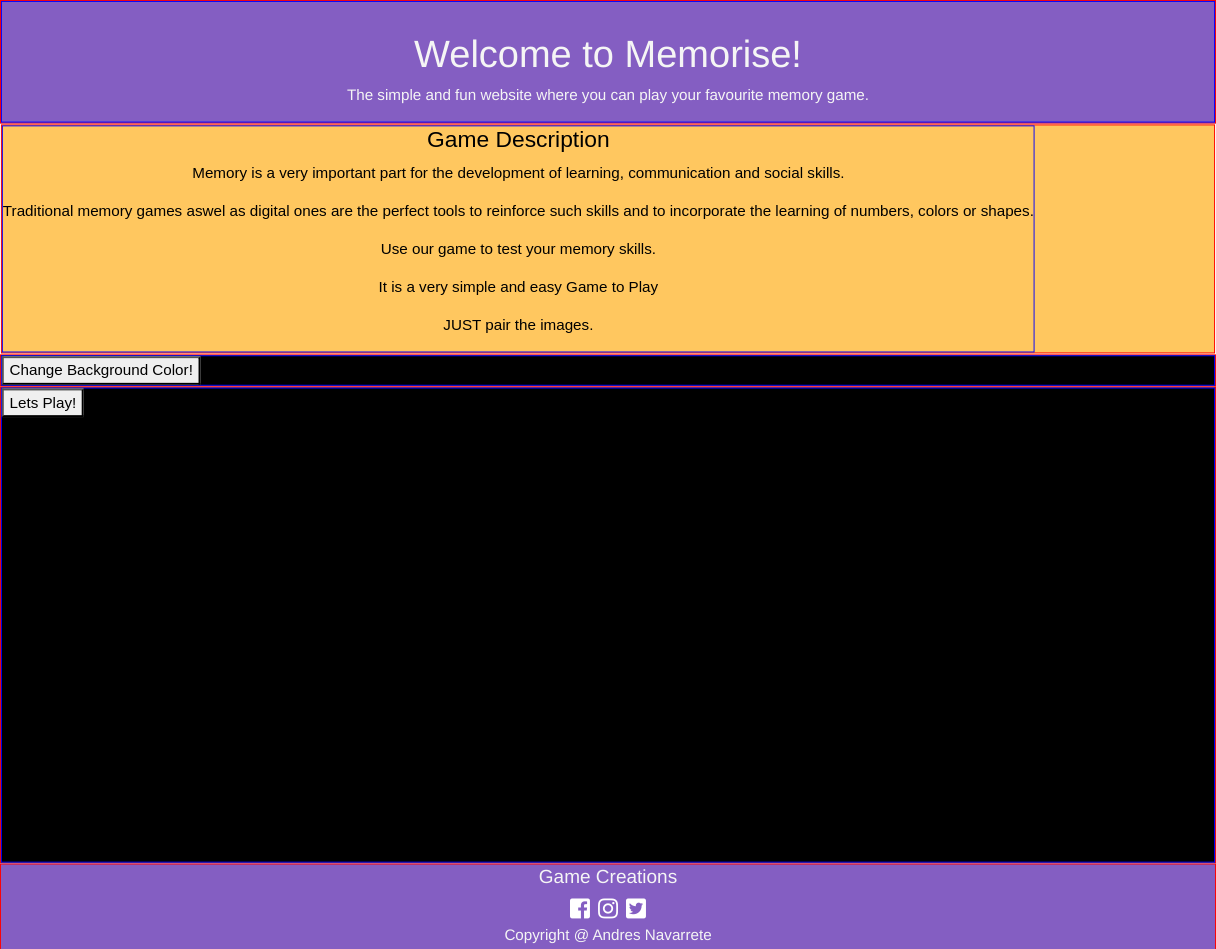
Repository: andna5980/memorise
Page: index.html
The author's editor kept a copy of each file at every save. The page is drawn from the files as they stood at one save, then again after the next save.
The browser window is 1280 px wide. The pictures show the whole page, at 95% of full size.
Some web fonts or font styles are not loaded; a fallback is used. Some web libraries are served in a nearby version.

Above is the page before, as saved 2021-04-27 13:32:17.

After the next save:
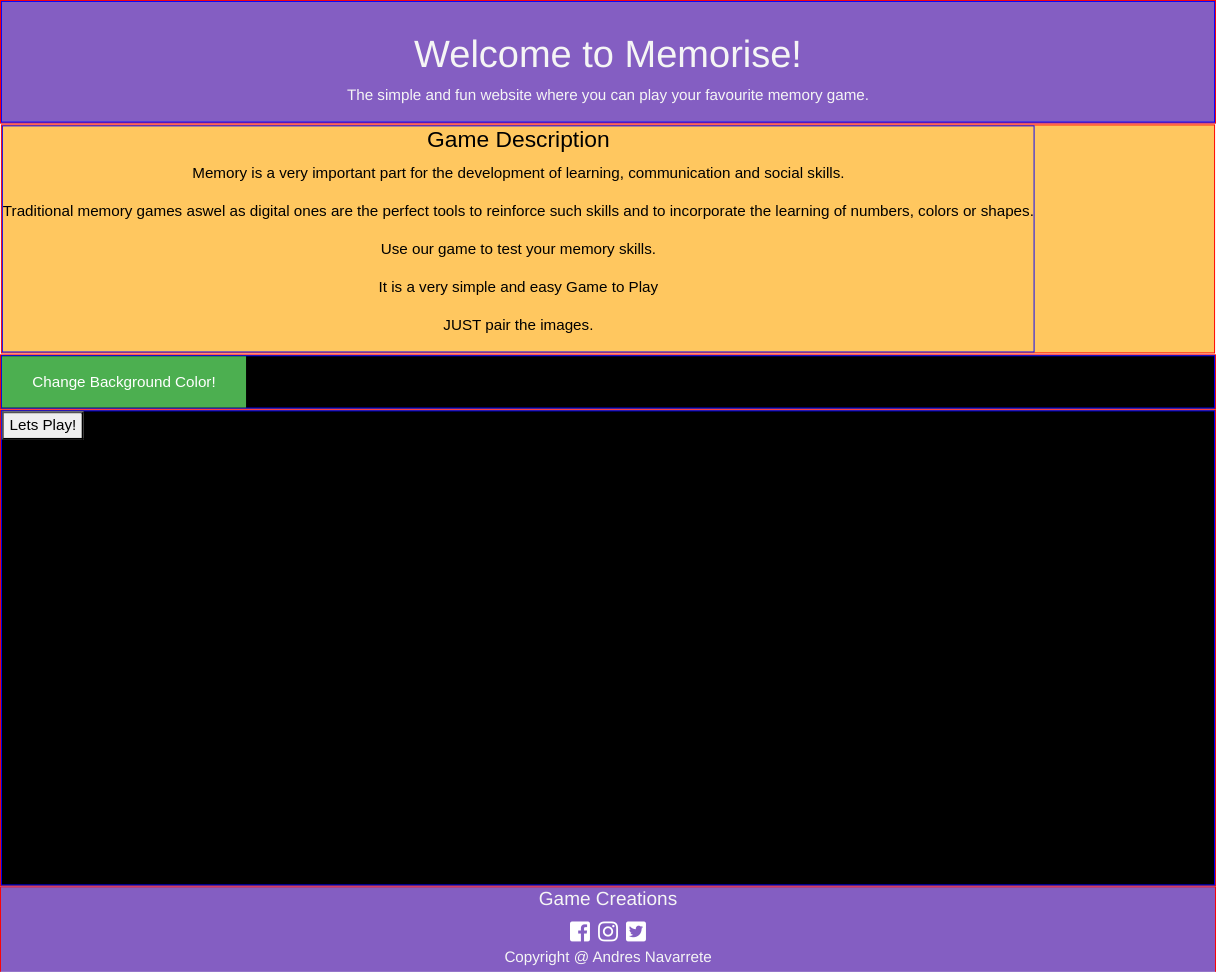
Saved 2 min 2 s later.
--- a/assets/styles/style.css
+++ b/assets/styles/style.css
@@ -39,7 +39,14 @@
     background-color: black;
 }
 #changecolor {
-    justify-content: center;
+    background-color: #4CAF50; /* Green */
+    border: none;
+    color: white;
+    padding: 15px 32px;
+    text-align: center;
+    text-decoration: none;
+    display: inline-block;
+    font-size: 16px;
 }
 
 

After the save that followed:
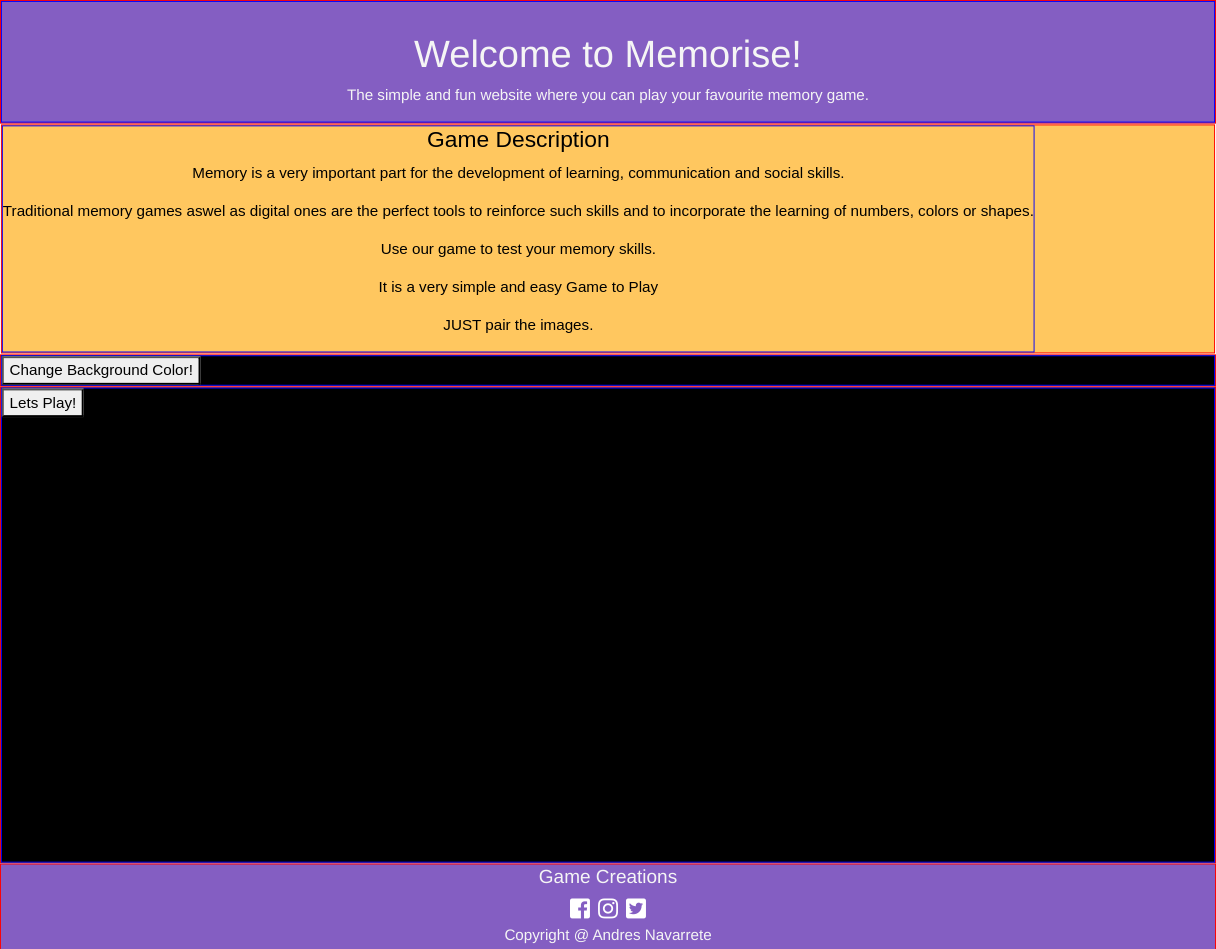
Saved 57 s later.
--- a/assets/styles/style.css
+++ b/assets/styles/style.css
@@ -39,14 +39,7 @@
     background-color: black;
 }
 #changecolor {
-    background-color: #4CAF50; /* Green */
-    border: none;
-    color: white;
-    padding: 15px 32px;
-    text-align: center;
-    text-decoration: none;
-    display: inline-block;
-    font-size: 16px;
+
 }
 
 
